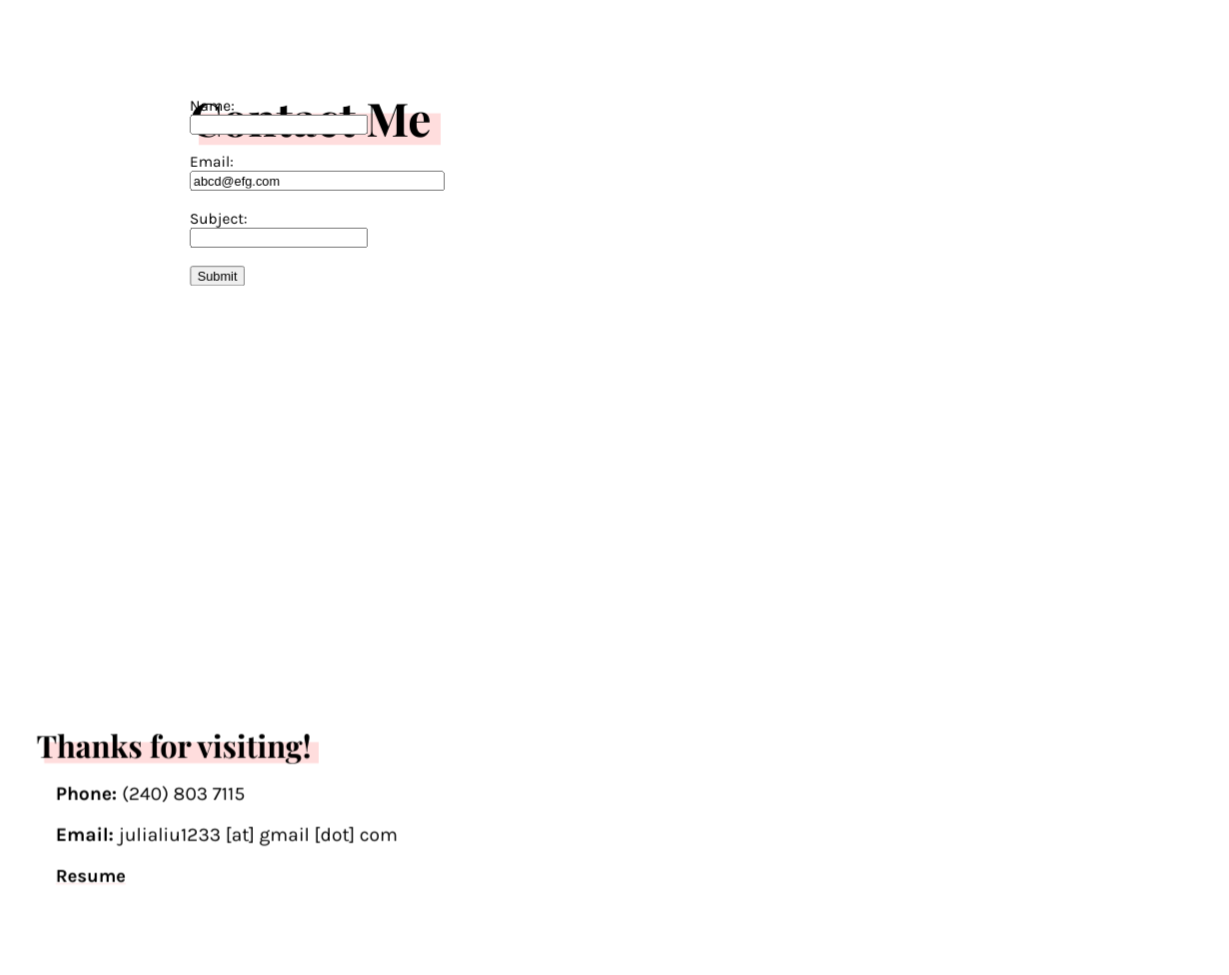
Repository: liu-julia/liu-julia.github.io
Page: contact.html
The author's editor kept a copy of each file at every save. The page is drawn from the files as they stood at one save, then again after the next save.
The browser window is 1280 px wide. The pictures show the whole page, at 96% of full size.

Above is the page before, as saved 2022-05-19 15:28:53.

### contact.html
<!DOCTYPE html>
<html lang="en">
<head>
    <meta charset="UTF-8">
    <meta http-equiv="X-UA-Compatible" content="IE=edge">
    <meta name="viewport" content="width=device-width, initial-scale=1.0">
    <link rel="preconnect" href="https://fonts.googleapis.com">
    <link rel="preconnect" href="https://fonts.gstatic.com" crossorigin>
    <link href="https://fonts.googleapis.com/css2?family=Karla:wght@300;400;700&family=Open+Sans:wght@300;400;700&family=Playfair+Display:wght@400;700&family=Prata&display=swap" rel="stylesheet">
    <link rel="stylesheet" href="css/styles.css">
    <link rel="icon" href="images/jllogo.png">
    <script src="js/scripts.js"></script>
    <title>Julia Liu</title>
</head>
<body>
    <header id="topbar">
        <img id="logo" src="images/jllogo.png" alt="JL logo">
        <div id="navbar">
            <a class="hl_hover" href="index.html">Projects</a>
            <a class="hl_hover" href="about.html">About</a>
            <a class="highlighted" href="contact.html">Contact</a>
        </div>
    </header>
    <div id="content">
        <div class="form-container">
            <h2 class="highlighted">Contact Me</h2><br>
            <form>
                <label for="name"> Name:</label><br>
                <input type="text" id="name" name="name" required><br><br>
                <label for="email">Email:</label><br>
                <input type="email" id="email" size="30" value="abcd@efg.com" required><br><br>
                <label for="subject">Subject:</label><br>
                <input type="text" id="subject" name="subject" required><br><br>
                <button type="submit" value="Submit">Submit</buttom>
            </form>
        </div>
        <div id="foot">
            <h3 class="highlighted">Thanks for visiting!</h3>
            <div>
                <p><b>Phone: </b> (240) 803 7115</p>
                <p><b>Email: </b> juli<!--anti spam-->aliu1233 <!--anti spam--> [at] gmai<!--anti spam-->l [dot] com</p>
                <a href="JuliaLiu.pdf"><b>Resume</b></a>
            </div>
        </div>
    </div>
</body>
</html>

### css/styles.css
:root {
    font-family: 'Karla', sans-serif;
}
html {
    height: 100%;
}
header {
    position: fixed;
    top: 0;
    left: 0;
    right: 0;
    width: 100%;
    height: 60px;
    background-color: white;
    z-index: 1;
    box-shadow: 0 0 10px #FFFFFF;
    transition: top .2s;
}
#logo {
    width: 25px;
    height: 35px;
    padding: 13px;
}
#navbar {
    float: right;
}
#navbar a {
    position: relative;
    top: 10px;
    margin-right: 25px;
    align-self: center;
    color: black;
}
body {
    height: 100%;
}
#content {
    height: 100%;
}
h1 {
    font-family: 'Prata', serif;
    font-weight: 400;
    font-size: 6em;
}
#top {
    height: 100%;
}
h1{
    position: absolute;
    bottom: 12rem;
    left: 1rem;
    right: 1rem;
    text-align: center;
    margin: auto;
    width: 75%;
}
h1.highlighted::before {
    content: "";
    position: absolute;
    width: 100%;
    background: #ffdddd;
    left: .25em;
    bottom: .15em;
    height: .7em;
    z-index: -1;
    animation: highlightAnimation ease 3s;
    animation-iteration-count: 1;
    animation-fill-mode: forwards;
}

@keyframes highlightAnimation {
    0% {
        transform: scaleX(0);
        transform-origin: left;
    }
    100% {
        transform: scaleX(1);
        transform-origin: left;
     }
}

#navbar a.highlighted::before {
    content: "";
    position: absolute;
    width: 100%;
    background: #ffdddd;
    left: .25em;
    bottom: .05em;
    height: .7em;
    z-index: -1;
}
.hl_hover::before {
    content: "";
    position: absolute;
    width: 100%;
    background: #ffdddd;
    left: .25em;
    bottom: .05em;
    height: .7em;
    z-index: -1;
    transition: transform 0.5s;
    transform: scaleX(0);
    transform-origin: right;
}
.hl_hover:hover::before {
    transform: scaleX(1);
    transform-origin: left;
}
h2 {
    font-family: 'Playfair Display', serif;
    font-size: 3em;
}
h3 {
    font-family: 'Playfair Display', serif;
    font-size: 2em;

}
h4 {
    font-size: 1.1em;
    line-height: 1.5em;
}
h3.highlighted::before {
    content: "";
    position: absolute;
    width: 100%;
    background: #ffdddd;
    left: .25em;
    bottom: .05em;
    height: .7em;
    z-index: -1;
}
#navbar a {
    font-family: 'Playfair Display', serif;
    font-size: 1.5em;
    font-weight: 700;
    text-decoration: none;
}
p {
    font-size: 1.25rem;
}
#head_desc {
    font-size: 1.5em;
    font-weight: 400;
    position: absolute;
    bottom: 6rem;
    width: 90%;
    left: 1rem;
    right: 1rem;
    text-align: center;
    margin: auto;
    width: 75%;
}
#face {
    position: absolute;
    height: 45%;
    top: 5em;
    left: 30em;
    right: 30em;
    border-radius: 2em;
    margin: auto;
    box-shadow: 2px 2px 10px #00000066;
}
#foot {
    padding-left: 30px;
    position: absolute;
    width: 90%;
    height: 40%;
}
#foot h3.highlighted {
    position: absolute;
    bottom: 65%;
}
#foot div {
    position: absolute;
    bottom: 25%;
    padding: 20px;
}
a {
    color: black;
    text-decoration: underline;
    text-decoration-color: #ffdddd;
    transition: text-decoration ease-in .2s;
}
#foot a {
    font-size: 1.2rem;
}
a:hover {
    text-decoration-color: #ffb4b4;
}
#construction {
    height: 100%;
}

body {
    animation: fadeInAnimation ease 2s;
    animation-iteration-count: 1;
    animation-fill-mode: forwards;
}

@keyframes fadeInAnimation {
    0% {
        opacity: 0;
    }
    100% {
        opacity: 1;
     }
}
.project {
    width: 70%;
    display: flex;
    margin: auto;
    height: 40%;
    padding: 2.5rem;
    align-items: center;
}
.project img {
    max-width: 40%;
    max-height: 100%;
    box-shadow: 2px 2px 10px #00000066;
    border-radius: 2rem;
    margin: 2em;
}

a img {
    max-width: 8%;
    position: absolute;
    bottom: 30px;
    margin: auto;
    left: 1rem;
    right: 1rem;
}
.about {
    width: 70%;
    display: flex;
    margin: auto;
    height: 100%;
    align-items: center;
}

.about img {
    max-width: 30%;
    box-shadow: 2px 2px 10px #00000066;
    border-radius: 2rem;
    margin: 2em;
}

.about-text {
    position: absolute;
    margin-left: 25%;
    margin-right: 15%;
}
.about-text h2 {
    position: absolute;
    top: -110px;
}

h2.highlighted::before {
    content: "";
    position: absolute;
    width: 100%;
    background: #ffdddd;
    left: .20em;
    bottom: .05em;
    height: .7em;
    z-index: -1;
}

.form-container {
    width: 70%;
    margin: auto;
    height: 100%;
}

.form-container h2 {
    position: absolute;
    top: 50px;
}

form {
    position: absolute;
    top: 100px;
}

### js/scripts.js
var prevScrollpos = window.pageYOffset;
window.onscroll = function() {
  var currentScrollPos = window.pageYOffset;
  if (prevScrollpos > currentScrollPos) {
    document.getElementById("topbar").style.top = "0";
  } else {
    document.getElementById("topbar").style.top = "-70px";
  }
  prevScrollpos = currentScrollPos;
}

After the next save:
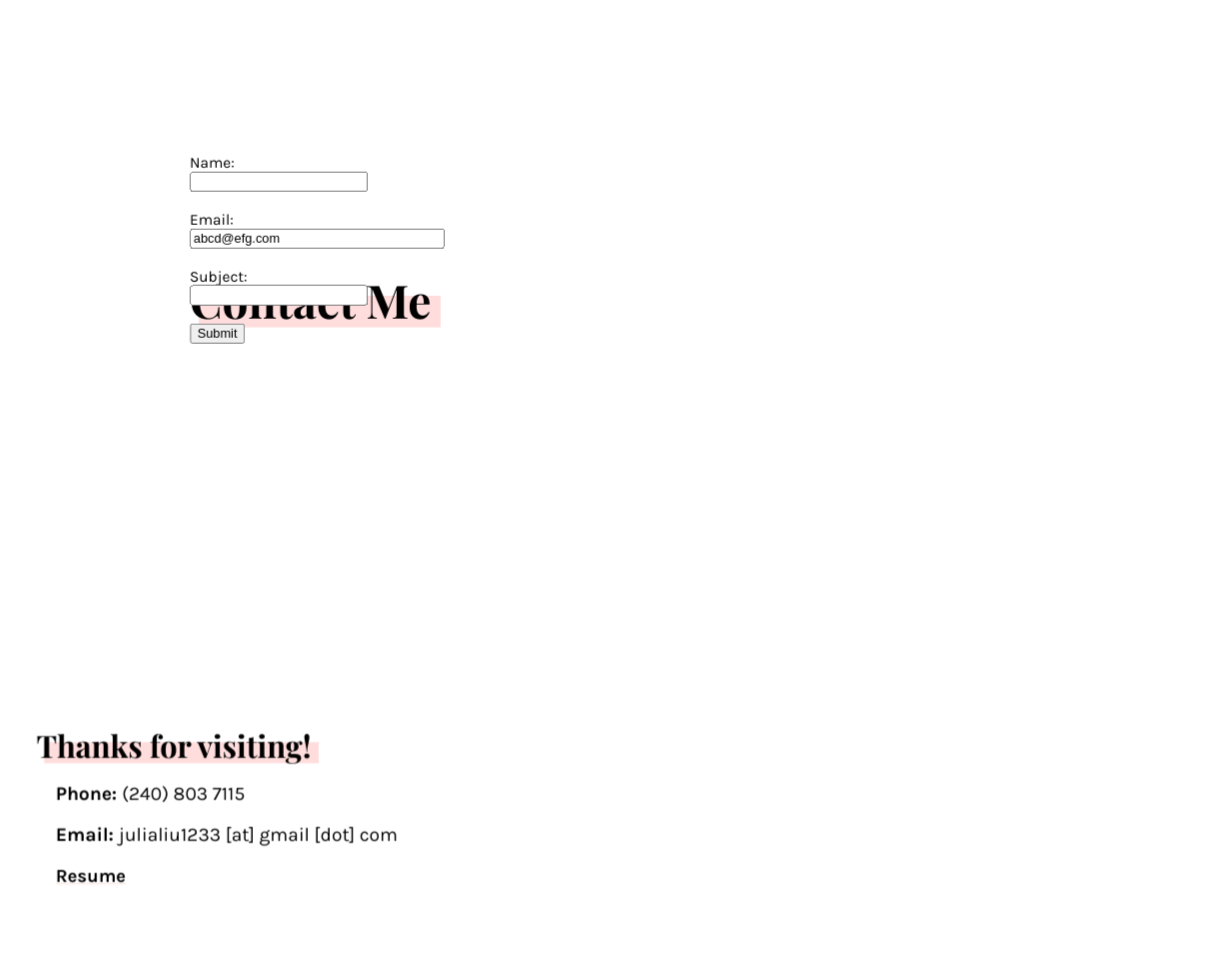
Saved 18 s later.
--- a/css/styles.css
+++ b/css/styles.css
@@ -273,10 +273,10 @@ h2.highlighted::before {
 
 .form-container h2 {
     position: absolute;
-    top: 50px;
+    top: 5em;
 }
 
 form {
     position: absolute;
-    top: 100px;
-}
+    top: 10em;
+}
